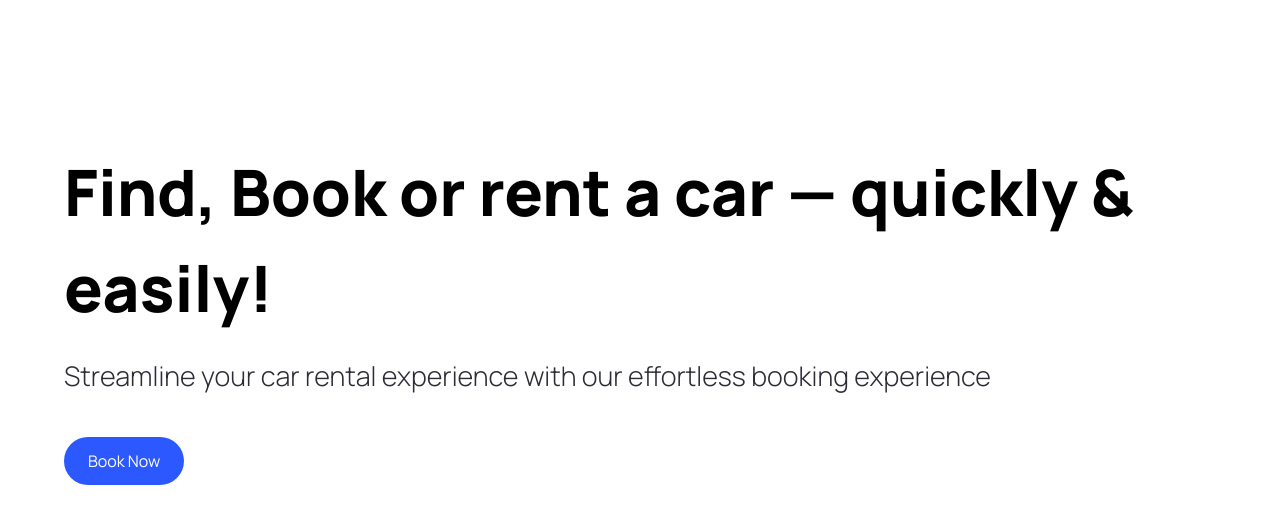
Repository: MikeeBuilds/driver
Page: /
The author's editor kept a copy of each file at every save. The page is drawn from the files as they stood at one save, then again after a run of saves.
The browser window is 1280 px wide. The pictures show the whole page.
The project was rebuilt for these pictures with package versions that can differ from the ones it lists, and the page was loaded fresh each time. The framework's server and built-in components were replaced by stand-ins that run in the browser. Also part of the build but not shown: next.config.js.

Above is the page before, as saved 2023-06-21 22:05:30.

After the next 2 saves:
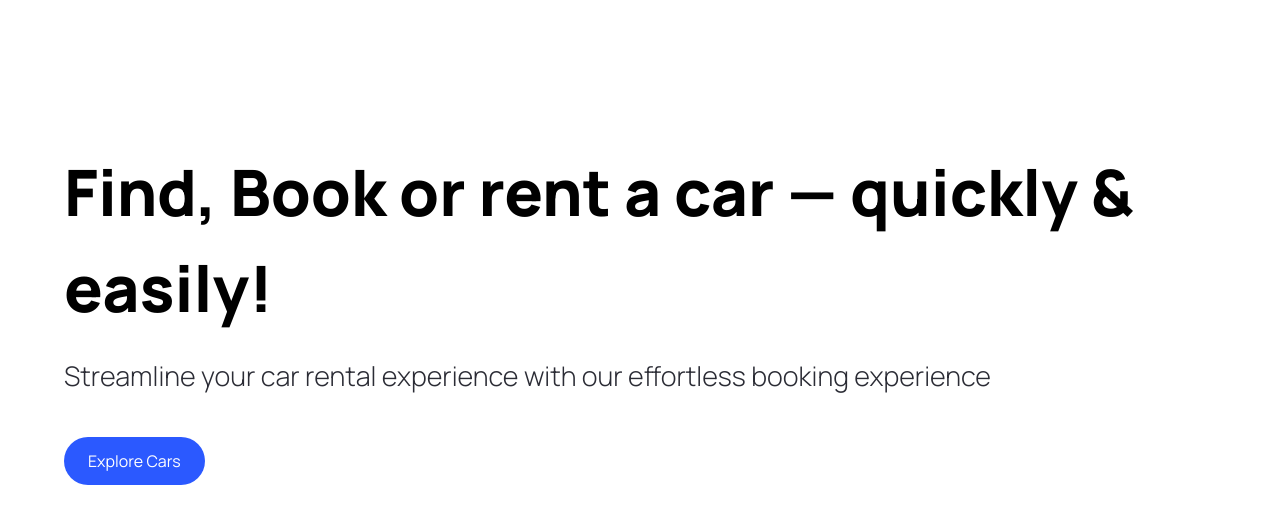
The 2 saves are shown as one change because they came seconds apart.
The last was saved 17 s later.
--- a/components/CustomButton.tsx
+++ b/components/CustomButton.tsx
@@ -12,7 +12,7 @@ const CustomButton = ({ title, containerStyles, handleClick }: CustomButtonProps
             onClick={() => {}}
         >
             <span className={`flex-1`}>
-                Book Now
+                {title}
             </span>
         </button>
   )
